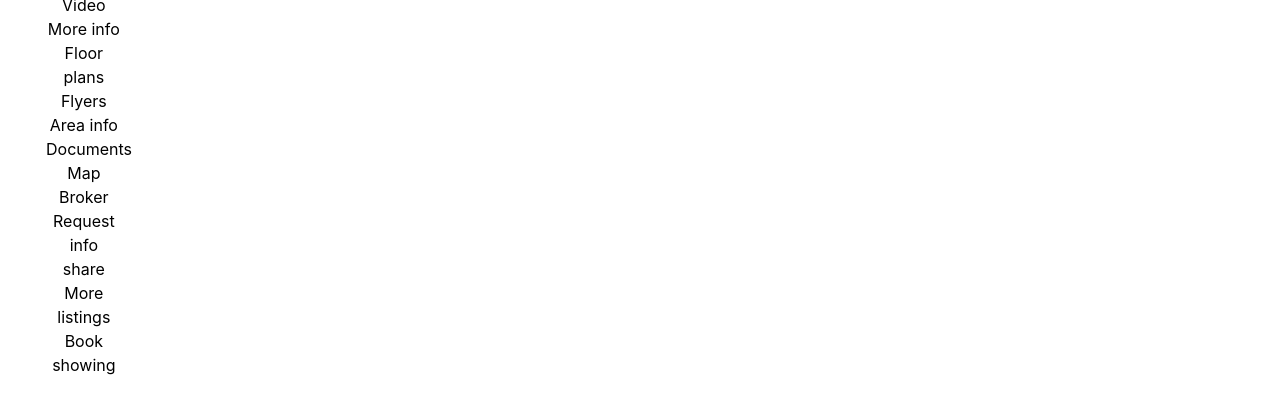
Repository: TMuse333/real-estate-landingpage
Page: /
These files come from the project's save history. The page is drawn as it stood at one moment and after the next save; the edit follows.
The browser window is 1280 px wide. The pictures show the whole page.
The project was rebuilt for these pictures with package versions that can differ from the ones it lists, and the page was loaded fresh each time. Also part of the build but not shown: vite.config.js.

Above is the page before, as saved 2023-09-19 16:24:28.

After the next save:
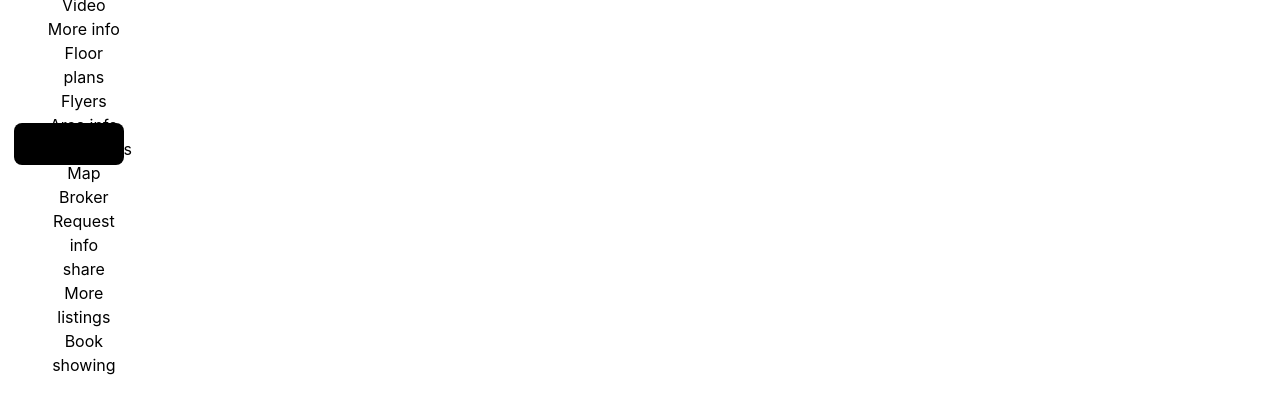
Saved 15 s later.
--- a/src/App.css
+++ b/src/App.css
@@ -32,12 +32,12 @@
   color: black;
 }
 
-/* .nav-button{
+.nav-button{
 transform: translateY(25rem);
   background-color: black;
 
   color: black;
-} */
+}
 
 /* @media screen and (min-width: 415px) and (min-height: 415px){
   .header-container{

After the save that followed:
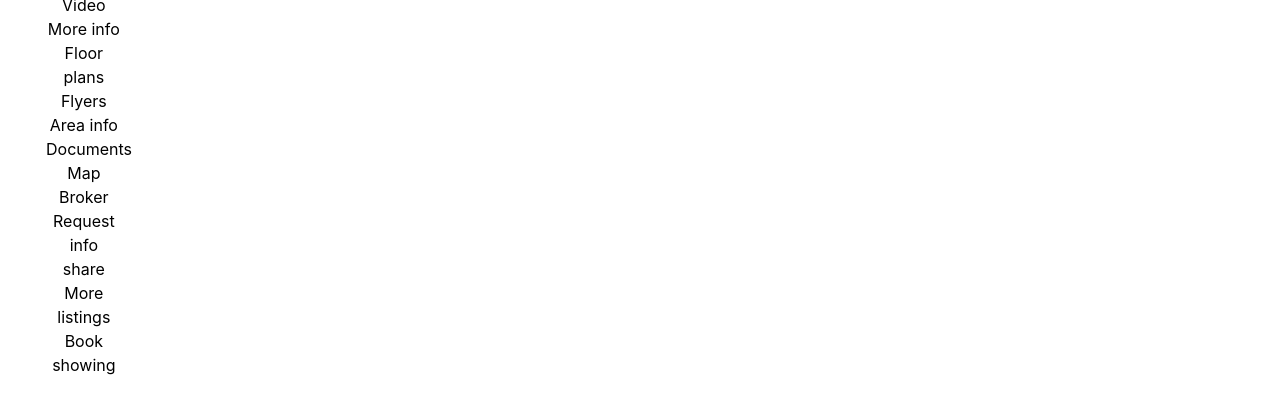
Saved 6 s later.
--- a/src/App.css
+++ b/src/App.css
@@ -32,7 +32,7 @@
   color: black;
 }
 
-.nav-button{
+.nav-button button{
 transform: translateY(25rem);
   background-color: black;
 
